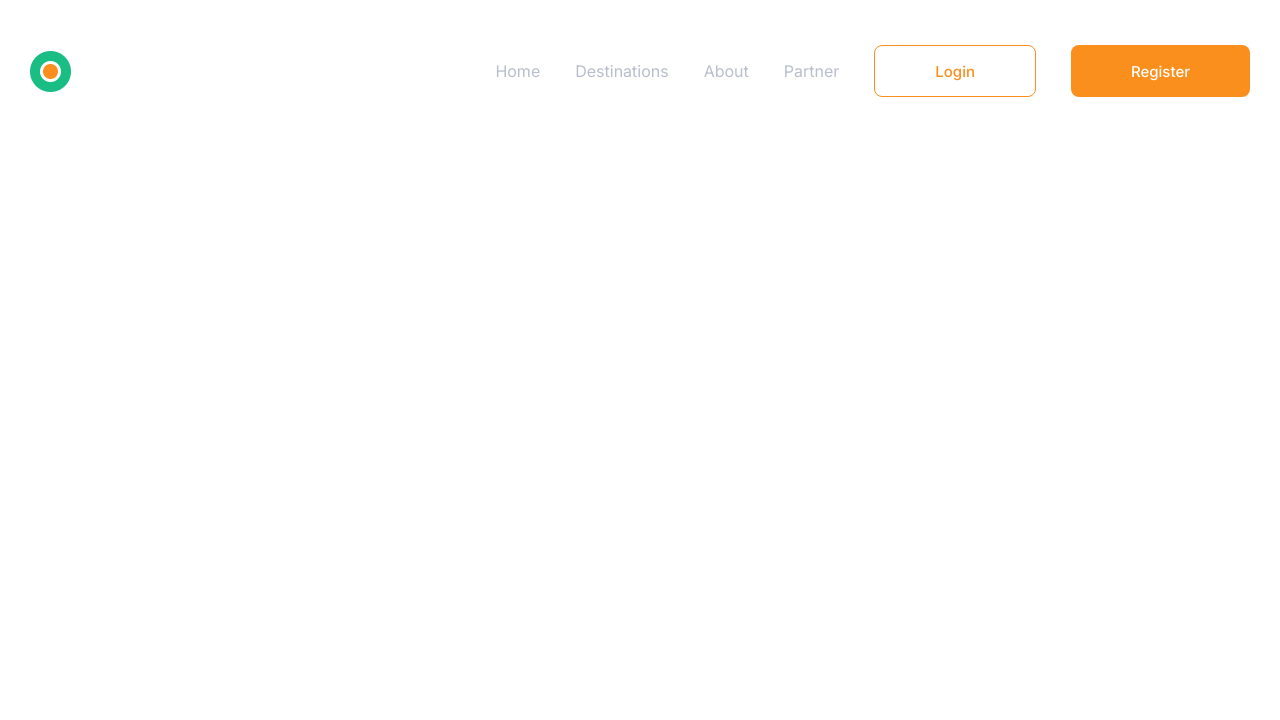
Repository: long5122000/sunny
Page: index.html
An editor plug-in stored every save of this project. The page is shown before and after the next save, followed by the edit.
The browser window is 1280 px wide. The pictures show the whole page.
The style sheet was rebuilt from its Sass, Less or Tailwind sources for each picture, by a compiler version that may differ from the author's.

Above is the page before, as saved 2021-11-24 19:53:26.

### index.html
<!DOCTYPE html>
<html lang="en">
  <head>
    <meta charset="UTF-8" />
    <meta http-equiv="X-UA-Compatible" content="IE=edge" />
    <meta name="viewport" content="width=device-width, initial-scale=1.0" />
    <title>Thousand Sunny</title>
    <link rel="preconnect" href="https://fonts.googleapis.com" />
    <link rel="preconnect" href="https://fonts.gstatic.com" crossorigin />
    <link
      href="https://fonts.googleapis.com/css2?family=Inter:wght@400;500;600&family=Mulish:wght@300&family=Playfair+Display:wght@700&display=swap"
      rel="stylesheet"
    />
    <link rel="stylesheet" href="./css/app.css" />
  </head>
  <body>
    <div class="wrapper">
      <header class="header">
        <div class="container">
          <div class="header-main">
            <img srcset="./images/logo.png 2x" alt="" />
            <ul class="menu">
              <li class="menu-item">
                <a href="#" class="menu-link">Home</a>
              </li>
              <li class="menu-item">
                <a href="#" class="menu-link">Destinations</a>
              </li>
              <li class="menu-item">
                <a href="#" class="menu-link">About</a>
              </li>
              <li class="menu-item">
                <a href="#" class="menu-link">Partner</a>
              </li>
              <li class="menu-item">
                <a href="#" class="btn btn--secondary">Login</a>
              </li>
              <li class="menu-item">
                <a href="#" class="btn btn--primary">Register</a>
              </li>
            </ul>
          </div>
        </div>
      </header>
    </div>
    <script src="scripts/app.js"></script>
  </body>
</html>

### sass/app.scss
@import "reset";
@import "variables";
@import "global";
@import "typography";
@import "header";
@import "menu";
@import "footer";

### sass/_variables.scss
$primary-font: "Inter", sans-serif;
$secondary-font: "Playfair Display", serif;
$third-font: "Mulish", sans-serif;
$gray: #b8becd;
$gray-dark: #afb0b9;
$gray-darkest: #202336;
$primary-color: #fb8f1d;

### sass/_global.scss
.wrapper {
  max-width: 1600px;
  margin: 0 auto;
}
.container {
  max-width: 1260px;
  margin: 0 auto;
  padding: 0 20px;
}
ul {
  list-style: none;
}
.btn {
  display: inline-flex;
  justify-content: center;
  align-items: center;
  cursor: pointer;
  font-size: 15px;
  font-weight: 500;
  font-family: $primary-font;
  line-height: 1;
  height: 52px;
  padding: 0 60px;
  border-radius: 8px;
  background-color: transparent;
  border: 0;
  outline: none;
  &--primary {
    color: white;
    background-color: $primary-color;
  }
  &--secondary {
    color: $primary-color;
    border: 1px solid currentColor;
  }
}

### sass/_typography.scss
body {
  font-family: $primary-font;
  font-size: 16px;
  line-height: 1;
  color: $gray;
}

### sass/_header.scss
.header {
  padding-top: 45px;
  padding-bottom: 70px;
  &-main {
    display: flex;
    justify-content: space-between;
    align-items: center;
  }
}

### sass/_menu.scss
.menu {
  display: flex;
  align-items: center;
  gap: 0 35px;
  &-link {
    color: inherit;
  }
}

Loaded but not shown: sass/_reset.scss (common file); scripts/app.js (no stored copy; drawn as an empty file); sass/_footer.scss (no stored copy; drawn as an empty file)

After the next save:
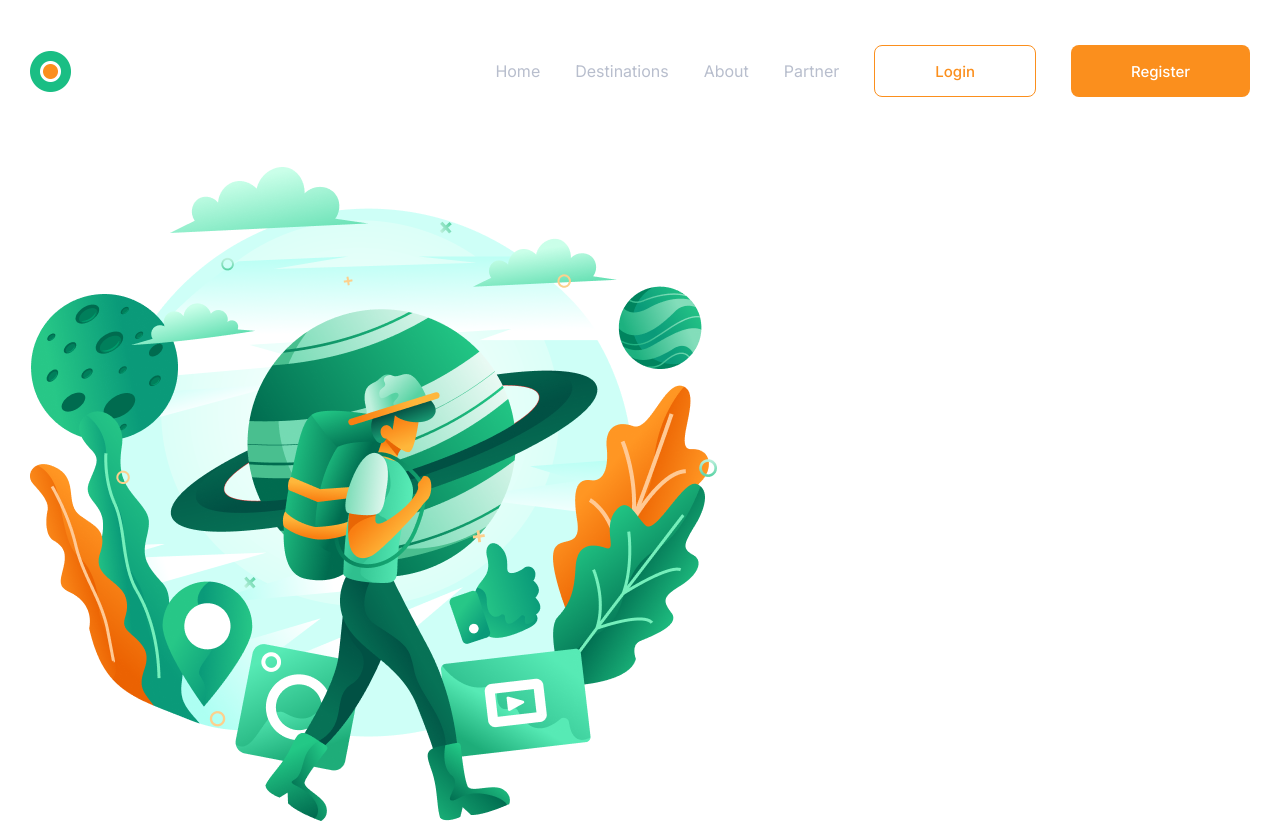
Saved 3 min 26 s later.
--- a/index.html
+++ b/index.html
@@ -42,6 +42,18 @@
           </div>
         </div>
       </header>
+      <main>
+        <section class="hero">
+          <div class="container">
+            <div class="hero-main">
+              <div class="hero-content"></div>
+              <div class="hero-image">
+                <img srcset="./images/img1.png 2x" alt="" />
+              </div>
+            </div>
+          </div>
+        </section>
+      </main>
     </div>
     <script src="scripts/app.js"></script>
   </body>
